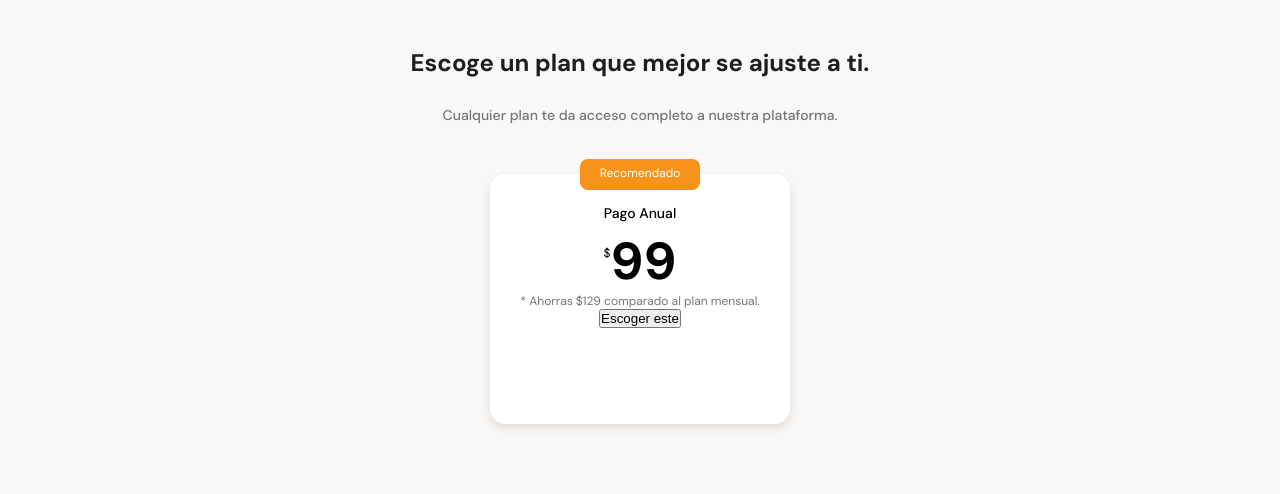
Repository: EnzoSz/Mobile-First
Page: index.html
The author's editor kept a copy of each file at every save. The page is drawn from the files as they stood at one save, then again after the next save.
The browser window is 1280 px wide. The pictures show the part of the page from y = 2782 to 3276 px (the page is 3276 px tall).

Above is the page before, as saved 2021-02-05 12:31:19.

After the next save:
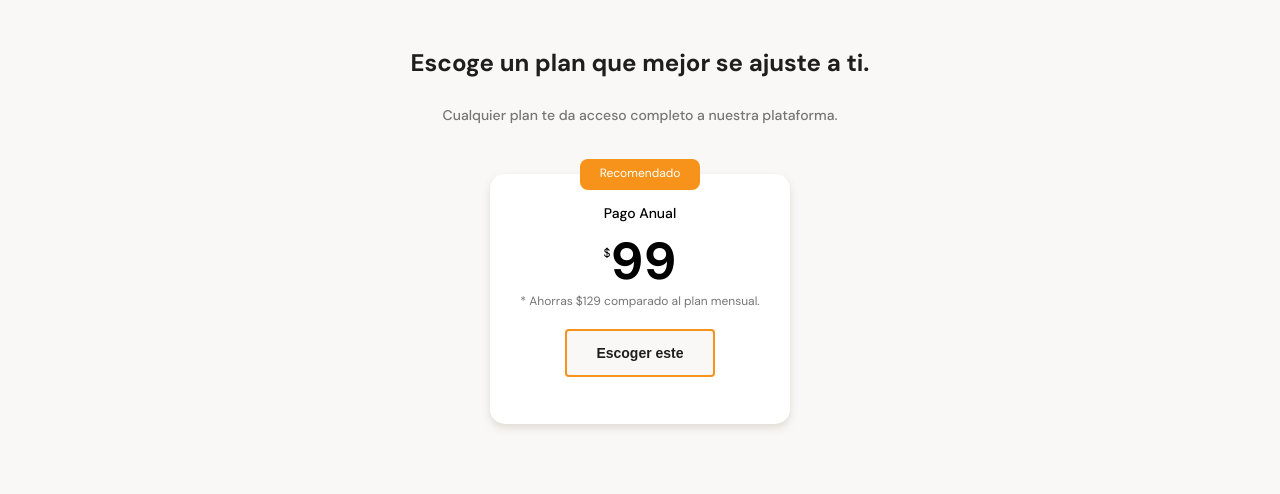
Saved 28 s later.
--- a/estilos.css
+++ b/estilos.css
@@ -416,7 +416,7 @@
     font-size: 1.2rem;
     color: #757575;
 }
-.lan-card--ca {
+.plan-card--ca {
     width: 150px;
     height: 48px;
     margin-top: 20px;
